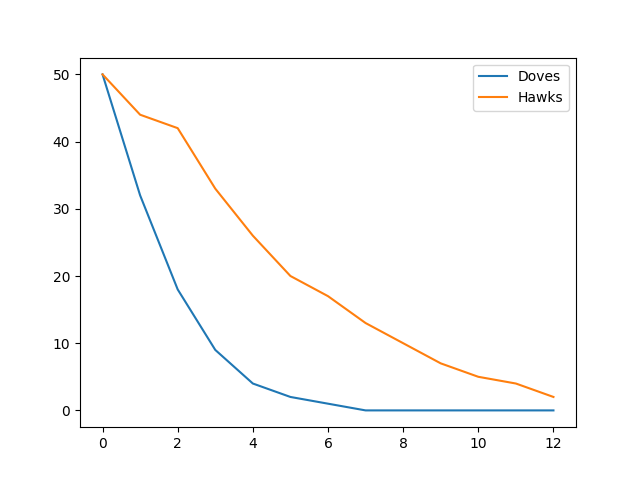
Repository: PatLaCisay/python-hawkdove-master
Script's output: python hawkdove.py
An editor plug-in stored every save of this project. The script's output is shown before and after the next save, followed by the edit.
Random numbers start from a fixed seed.

Above is the script's output before, as saved 2023-03-07 14:41:30.

After the next save:
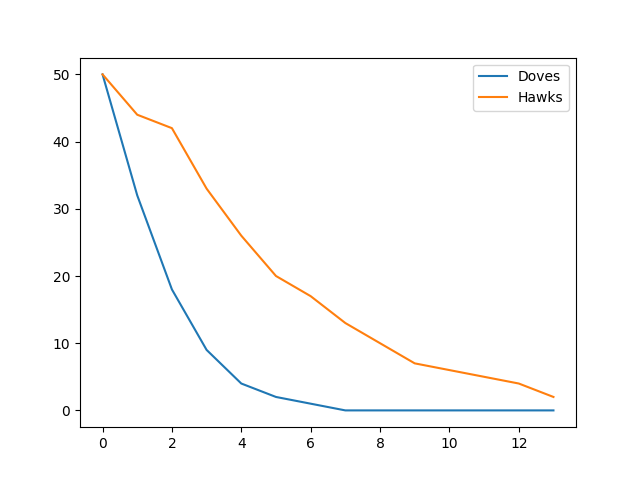
Saved 21 s later.
--- a/hawkdove.py
+++ b/hawkdove.py
@@ -17,7 +17,7 @@ ENERGY_REQUIRED_FOR_REPRODUCTION = 20
 ENERGY_LOSS_FROM_FIGHTING = 200
 ENERGY = 30
 
-ENERGY_REQUIRED_FOR_LIVING = 20
+ENERGY_REQUIRED_FOR_LIVING = 10
 
 STATUS_ACTIVE = "active"
 STATUS_ASLEEP = "asleep"
